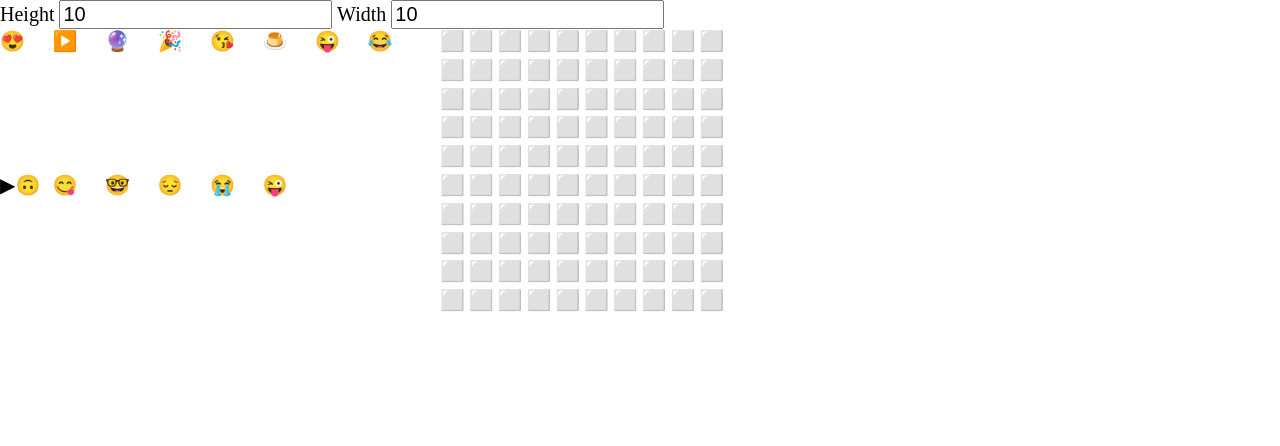
Repository: roast-rabbit/emoji-art-generator
Page: index.html
An editor plug-in stored every save of this project. The page is shown before and after the next save, followed by the edit.
The browser window is 1280 px wide. The pictures show the whole page.

Above is the page before, as saved 2022-12-06 15:49:36.

### index.html
<!DOCTYPE html>
<html lang="en">
  <head>
    <meta charset="UTF-8" />
    <meta http-equiv="X-UA-Compatible" content="IE=edge" />
    <meta name="viewport" content="width=device-width, initial-scale=1.0" />
    <title>Emoji art generator</title>
    <link rel="stylesheet" href="styles.css" />
  </head>
  <body>
    <div id="stats">
      <label for="height">Height</label>
      <input name="height" type="text" value="10" />
      <label for="width">Width</label>
      <input name="width" type="text" value="10" />
    </div>
    <div id="main">
      <div id="side-tool-set">
        <div>😍</div>
        <div>▶️</div>
        <div>🔮</div>
        <div>🎉</div>
        <div>😘</div>
        <div>🍮</div>
        <div>😜</div>
        <div>😂</div>
        <div>▶🙃</div>
        <div>😋</div>
        <div>🤓</div>
        <div>😔</div>
        <div>😭</div>
        <div>😜</div>
      </div>
      <div id="board"></div>
      <script src="index.js"></script>
    </div>
  </body>
</html>

### styles.css
* {
  font-size: 20px;
}
body {
  margin: 0;
}

#main {
  display: grid;
  gap: 1rem;
  grid-template-columns: 1fr 2fr;
}

#board {
  display: inline-grid;
  grid-template-columns: repeat(var(--height), 4vmin);
  grid-template-rows: repeat(var(--width), 4vmin);
}

#side-tool-set {
  display: grid;
  grid-template-columns: repeat(8, 1fr);
}

### index.js
const heightInput = document.querySelector("#stats input[name=height]");
const widthInput = document.querySelector("#stats input[name=width]");
const board = document.querySelector("#board");

let height = heightInput.value;
let width = widthInput.value;

board.style.setProperty("--height", height);
board.style.setProperty("--width", width);

function createBoard(height, width) {
  for (let i = 0; i < height; i++) {
    for (let j = 0; j < width; j++) {
      element = document.createElement("div");
      element.textContent = "⬜️";
      element.classList.add("tile");
      board.appendChild(element);
    }
  }
}

createBoard(height, width);

After the next save:
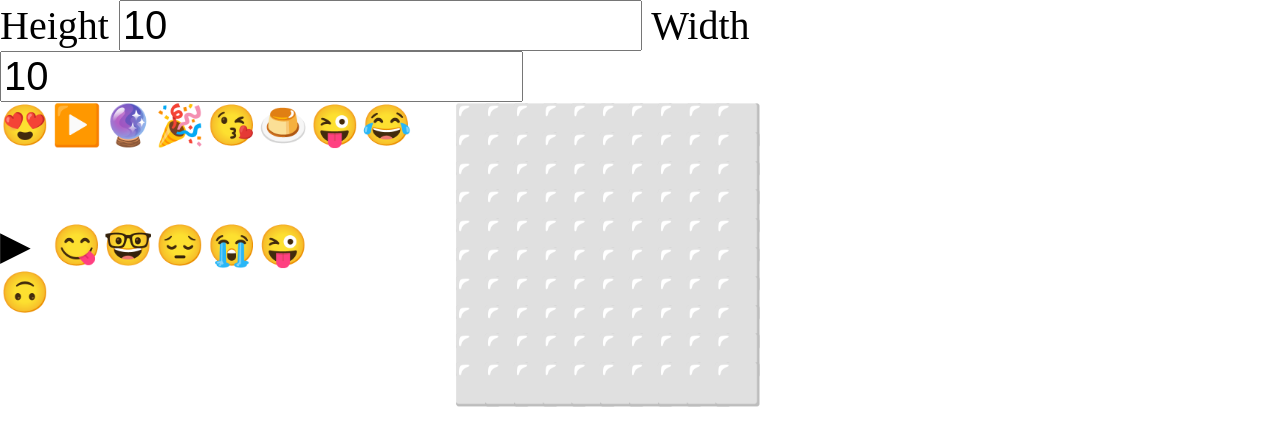
Saved 16 s later.
--- a/styles.css
+++ b/styles.css
@@ -1,5 +1,5 @@
 * {
-  font-size: 20px;
+  font-size: 40px;
 }
 body {
   margin: 0;
